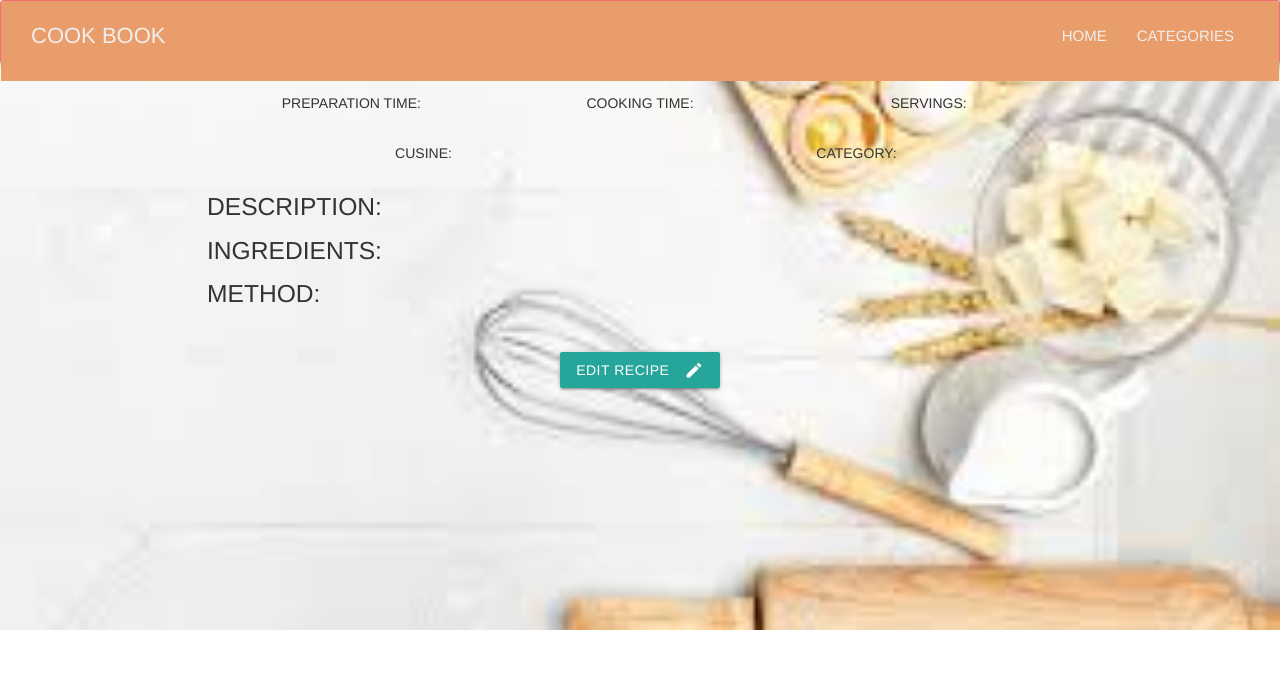
Repository: atena123/COOK-BOOK
Page: templates/viewrecipe.html
The author's editor kept a record of every edit. The page is drawn from the files as they stood at one moment, then again after the next edit.
The browser window is 1280 px wide. The pictures show the whole page.
Some web libraries are served in a nearby version. The page is served by the project's application, run on Flask 3 (app.py). The template is opened directly, without the code that normally fills it, so the values that code supplies are empty.

Above is the page before.

After the next edit:
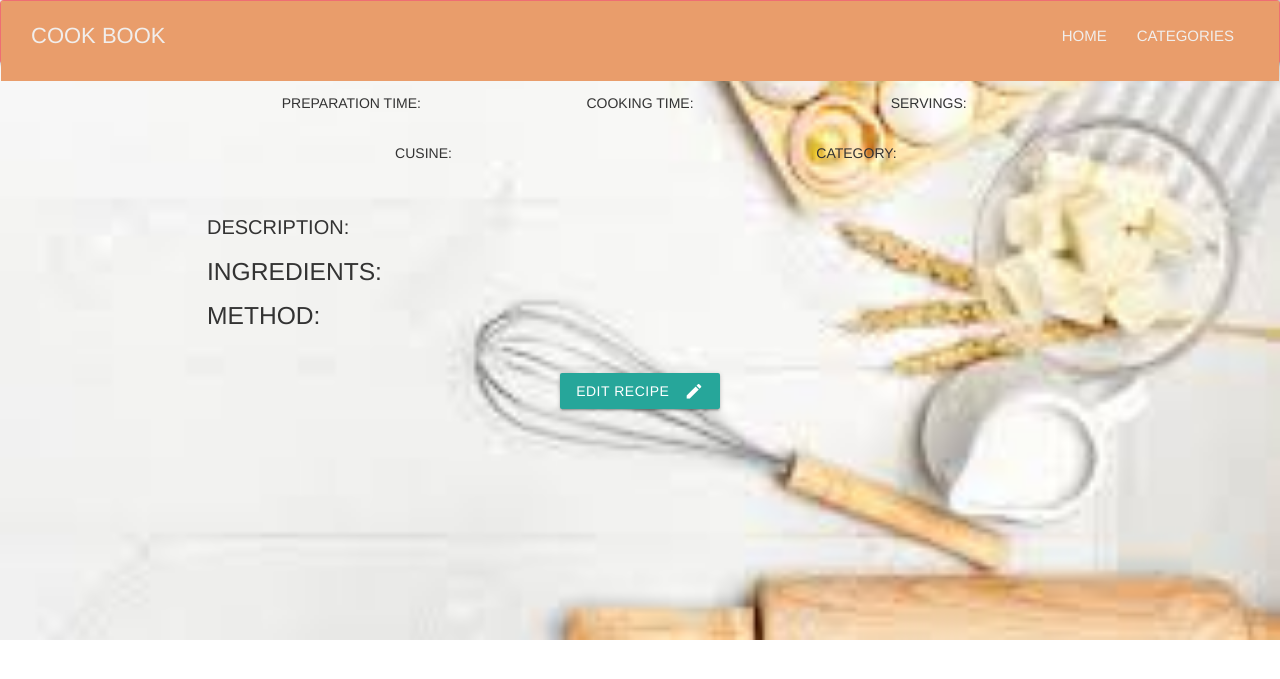
The edit:
--- a/templates/viewrecipe.html
+++ b/templates/viewrecipe.html
@@ -27,7 +27,7 @@
         </div>
     </div>
 
-        <h5>DESCRIPTION:</h5>
+        <p class="large-heading">DESCRIPTION:</p>
         {{recipe.recipe_description}}
 
 
